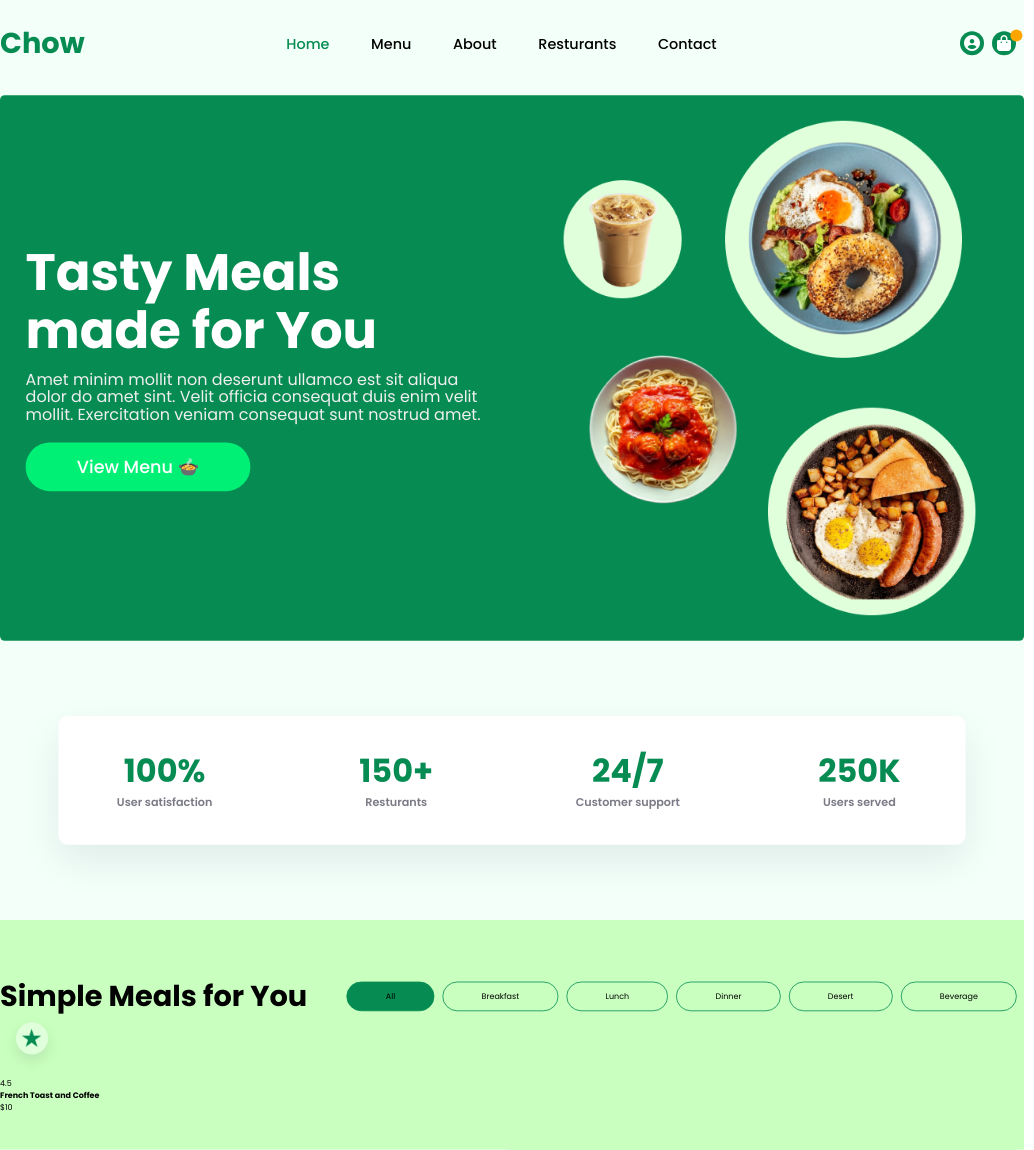
Repository: nguyennam1029/balbal
Page: index.html
These files come from the project's save history. The page is drawn as it stood at one moment and after the next save; the edit follows.
The browser window is 1280 px wide. The page is 1292 px wide, so the pictures cover 1292 px, including what lies to the right of the window. The pictures show the whole page, at 80% of full size.
Some web libraries are served in a nearby version.

Above is the page before, as saved 2022-07-01 22:06:02.

After the next save:
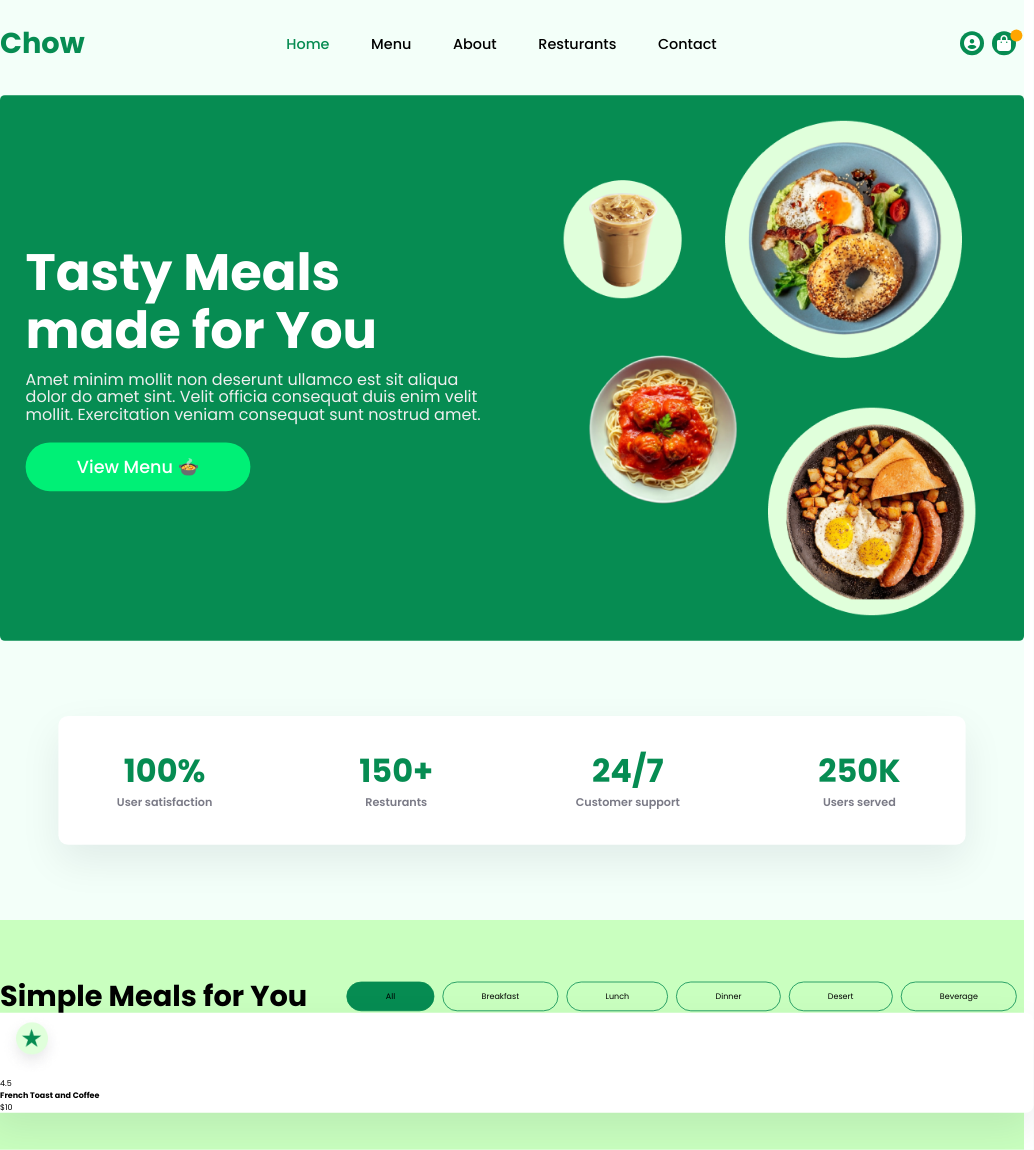
Saved 54 s later.
--- a/css/style.css
+++ b/css/style.css
@@ -267,3 +267,11 @@ ul {
 .tab-item:hover {
     background: #068c5290;
 }
+
+.product-item {
+    background: #FFFFFF;
+    /* Drop Shadow/High */
+
+    box-shadow   : 0px 20px 50px rgba(18, 17, 39, 0.08);
+    border-radius: 10px;
+}
